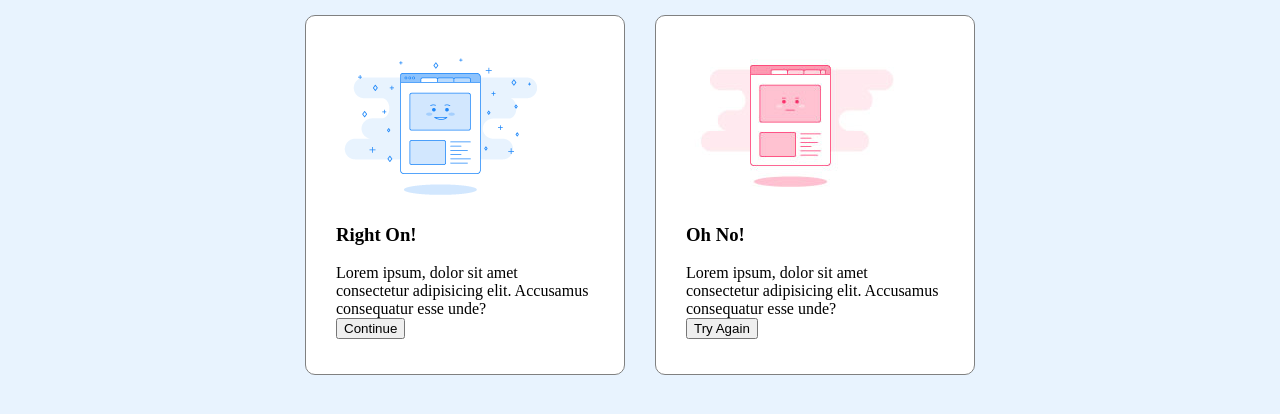
Repository: giahuy405/flash_message_BEM
Page: index.html
An editor plug-in stored every save of this project. The page is shown before and after the next save, followed by the edit.
The browser window is 1280 px wide. The pictures show the whole page.

Above is the page before, as saved 2022-09-06 02:30:59.

### index.html
<!DOCTYPE html>
<html lang="en">
<head>
    <meta charset="UTF-8">
    <meta http-equiv="X-UA-Compatible" content="IE=edge">
    <meta name="viewport" content="width=device-width, initial-scale=1.0">
    <title>Document</title>
    <link rel="stylesheet" href="css/index.css">
</head>
<body>
        <!--
        code về phần flash message và áp dụng BEM Block Element Modifier
        Ví dụ :
        Laptop là Block ( 1 khối lớn )

        Thì các Element ( thành phần ) sẽ là : keyboard, mouse, screen, touch-pad
        Block Element : Laptop__keyboard, Laptop__mouse....

        Modifer ( biến thể khác ) sẽ là : loại của chúng như to, nhỏ, hãng,...
        Block Modifier : Laptop--big, Laptop--small,
        Block Element Modifier : Laptop__keyboard--apple , Laptop__touch-pad--smooth,...
    -->
        <!-- Block: flash message
        Element: img, title, desc (description), button
        Modifier: primary, secondary

        Block 1 & block 2
        flash-message
        flash-message__img, flash-message__title, flash-message__desc, flash-message__button

        Block 1: flash-message__title--primary -->


        <div class="container">
            <div class="flash-message__padding">
                <div class="flash-message">
                    <div class="flash-message__img">
                        <img src="./ui_ux_blue.jpg" alt="">
                    </div>
                    <div class="flash-message__title">
                        <h3>Right On!</h3>
                    </div>
                    <div class="flash-message__desc">
                        Lorem ipsum, dolor sit amet consectetur adipisicing elit. Accusamus consequatur esse unde?
                    </div>
                    <button class="flash-message__button">Continue</button>
                </div>
            </div>
            <div class="flash-message__padding">

                    <div class="flash-message">
                        <div class="flash-message__img">
                            <img src="./ui_ux_pink.jpg" alt="">
                        </div>
                        <div class="flash-message__title">
                            <h3>Oh No!</h3>
                        </div>
                        <div class="flash-message__desc">
                            Lorem ipsum, dolor sit amet consectetur adipisicing elit. Accusamus consequatur esse unde?
                        </div>
                        <button class="flash-message__button">Try Again</button>
                    </div>

            </div>
             <div class="clear"></div>
        </div>

</body>
</html>

### css/index.css
*{
    box-sizing: border-box;
}
body{
    padding: 0;
    margin: 0;
    background-color: #e8f3fe;
}
.clear{
    clear: both;
}
.container{
    width: 700px;
    height: auto;
    margin: 0 auto;
}
 .flash-message__padding{
    float: left;
    width: 50%;

    padding: 15px;
}
.flash-message{
    border: 1px solid gray;
    background-color: white;
    border-radius: 10px;
    padding: 35px 30px;
}

After the next save:
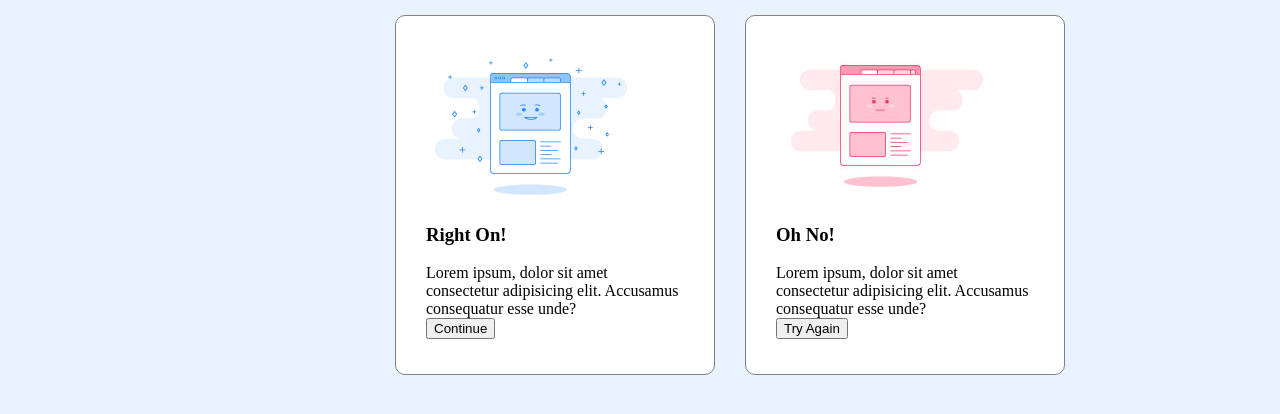
Saved 24 s later.
--- a/css/index.css
+++ b/css/index.css
@@ -12,7 +12,8 @@ body{
 .container{
     width: 700px;
     height: auto;
-    margin: 0 auto;
+    margin:auto;
+    margin-right: 200px;
 }
  .flash-message__padding{
     float: left;
